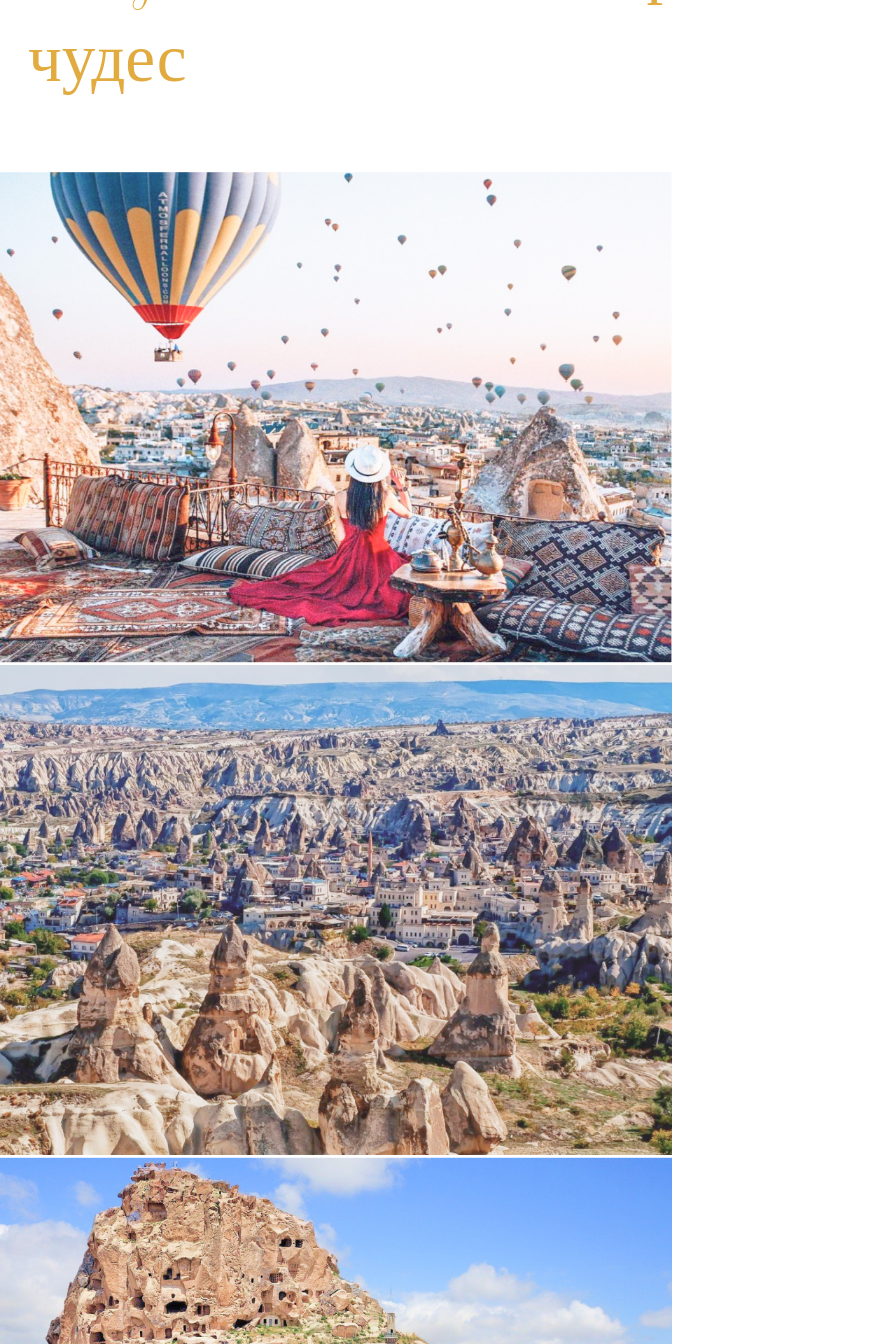
Repository: Lareeman/cappadocia
Page: index.html
The author's editor kept a copy of each file at every save. The page is drawn from the files as they stood at one save, then again after the next save.
The browser window is 1280 px wide. The pictures show the part of the page from y = 1030 to 2950 px (the page is 3840 px tall before and 3588 px after), at 70% of full size.

Above is the page before, as saved 2024-01-27 10:59:40.

After the next save:
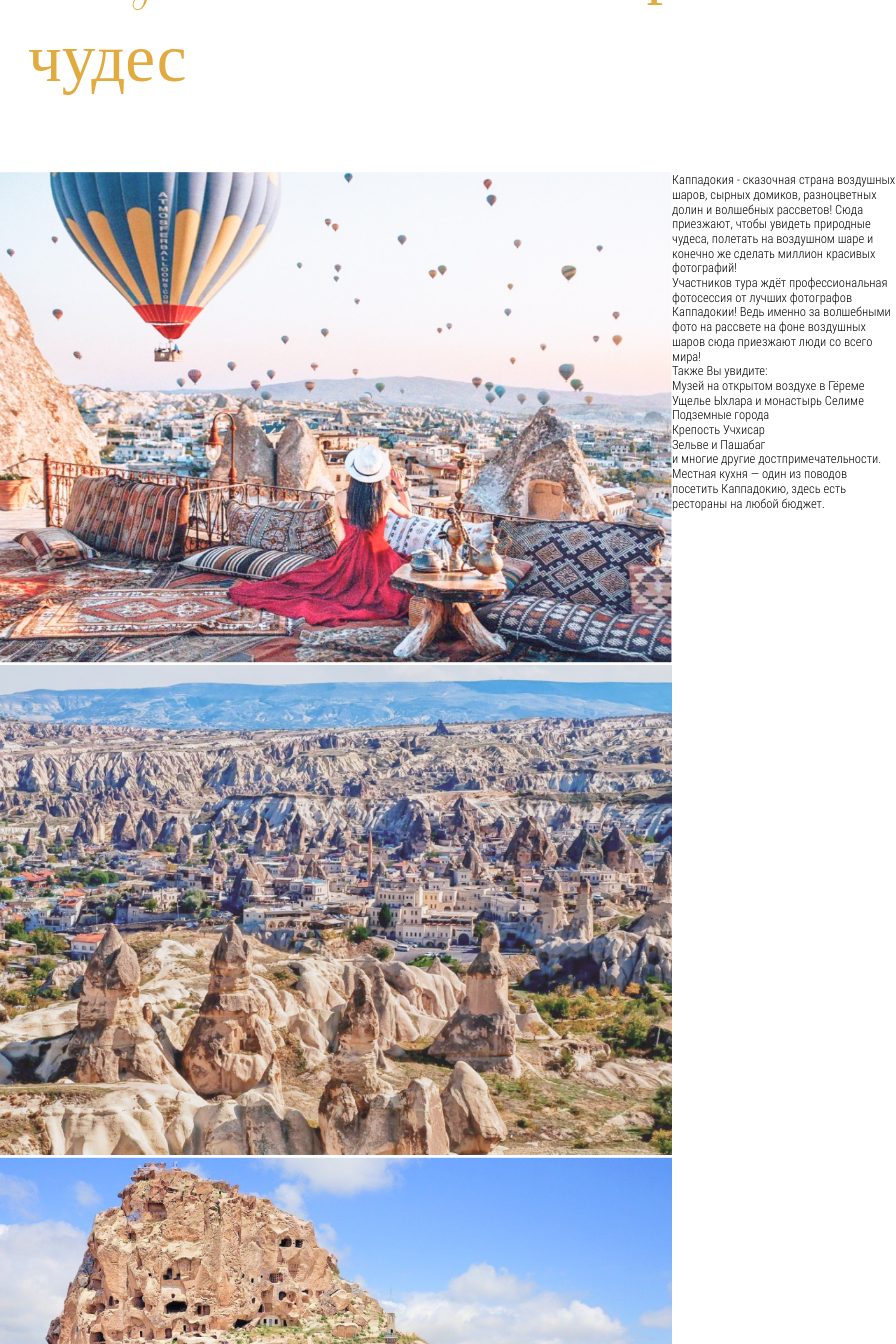
Saved 35 s later.
--- a/css/style.css
+++ b/css/style.css
@@ -165,7 +165,9 @@ body {
   font-weight: 400;
 }
 
-.fairy__inner {}
+.fairy__inner {
+  display: flex;
+}
 
 .fairy__slider {}
 
